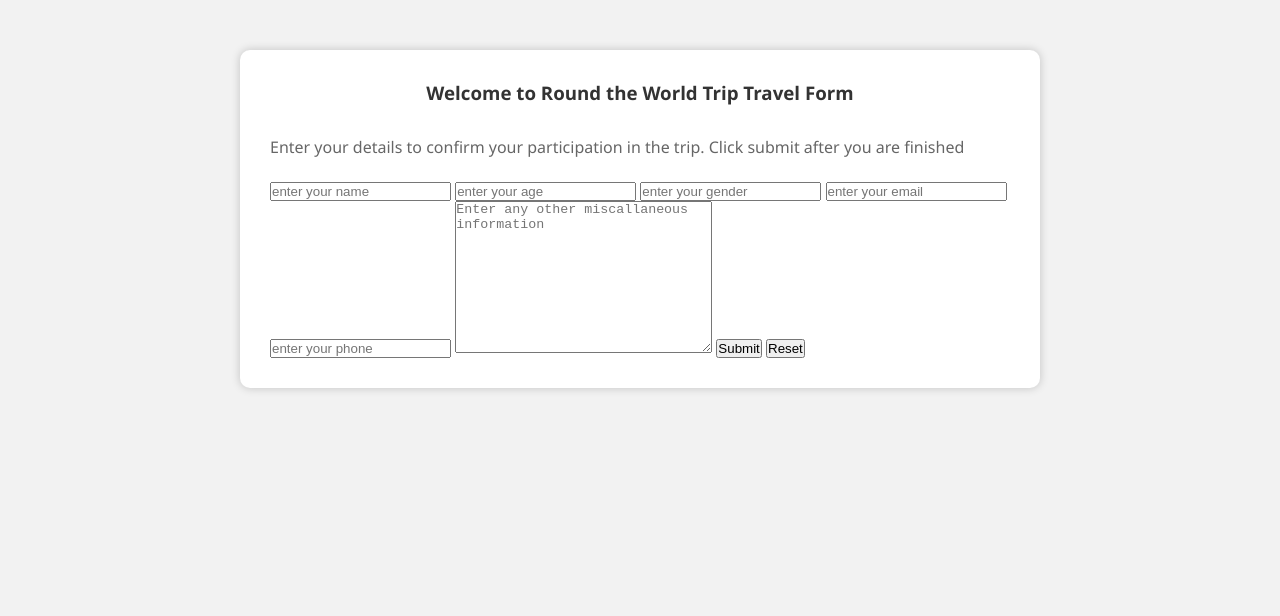
Repository: AvinashLikesToLearnNewStuff/TravelForm
Page: index.html
These files come from the project's save history. The page is drawn as it stood at one moment and after the next save; the edit follows.
The browser window is 1280 px wide. The pictures show the whole page.

Above is the page before, as saved 2023-03-18 16:51:03.
Console error: SyntaxError: Unexpected token '<'

### index.html
<!DOCTYPE html>
<html lang="en">
  <head>
    <meta charset="UTF-8" />
    <meta http-equiv="X-UA-Compatible" content="IE=edge" />
    <meta name="viewport" content="width=device-width, initial-scale=1.0" />
    <title>Travel to new places</title>
    <link rel="stylesheet" href="style.css" />
  </head>
  <body>
    <div class="container">
      <h3>Welcome to Round the World Trip Travel Form</h3>
      <p>
        Enter your details to confirm your participation in the trip. Click
        submit after you are finished
      </p>

      <form action="index.php" method="post">
        <input
          type="text"
          name="name"
          id="name"
          placeholder="enter your name"
        />

        <input type="text" name="age" id="age" placeholder="enter your age" />

        <input
          type="text"
          name="gender"
          id="gender"
          placeholder="enter your gender"
        />

        <input
          type="email"
          name="email"
          id="email"
          placeholder="enter your email"
        />

        <input
          type="phone"
          name="phone"
          id="phone"
          placeholder="enter your phone"
        />

        <textarea
          name="desc"
          id="desc"
          cols="30"
          rows="10"
          placeholder="Enter any other miscallaneous information"
        ></textarea>
        <button class="btn">Submit</button>
        <button type="reset">Reset</button>
      </form>
    </div>
    <script src="index.js"></script>
  </body>
</html>

### style.css
* {
    margin: 0;
    padding: 0;
    box-sizing: border-box;
}

body {
    font-family: 'Segoe UI', Tahoma, Geneva, Verdana, sans-serif;
    background-color: #f2f2f2;
}

.container {
    max-width: 800px;
    background-color: #fff;
    border-radius: 10px;
    box-shadow: 0 0 10px rgba(0, 0, 0, 0.2);
    margin: 50px auto;
    padding: 30px;
}

.container h3 {
    text-align: center;
    margin-bottom: 30px;
    color: #333;
}

.container p {
    margin-bottom: 20px;
    font-size: 16px;
    line-height: 1.5;
    color: #666;
}

.container a {
    display: block;
    text-align: center;
    padding: 10px 20px;
    background-color: #4caf50;
    color: #fff;
    border-radius: 5px;
    text-decoration: none;
    transition: background-color 0.3s ease-in-out;
}

.container a:hover {
    background-color: #3e8e41;
}

### index.js
<tab>i

After the next save:
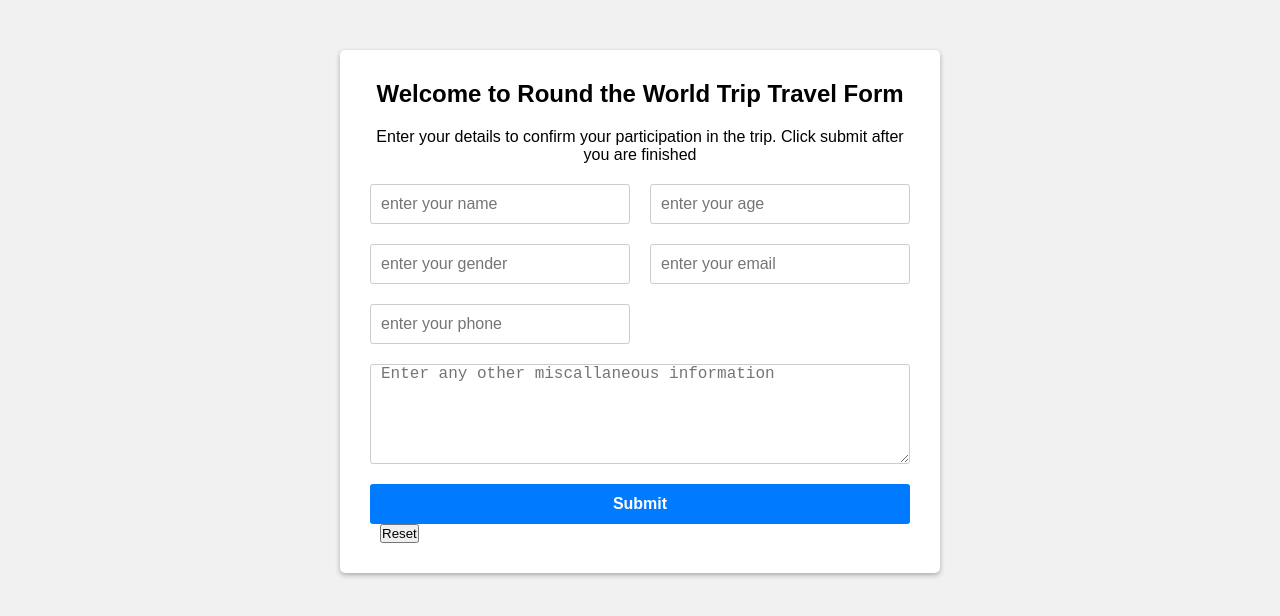
Saved 70 s later.
--- a/style.css
+++ b/style.css
@@ -5,43 +5,71 @@
 }
 
 body {
-    font-family: 'Segoe UI', Tahoma, Geneva, Verdana, sans-serif;
-    background-color: #f2f2f2;
+    background-color: #f1f1f1;
+    font-family: Arial, sans-serif;
 }
 
 .container {
-    max-width: 800px;
+    max-width: 600px;
+    margin: 50px auto;
     background-color: #fff;
-    border-radius: 10px;
-    box-shadow: 0 0 10px rgba(0, 0, 0, 0.2);
-    margin: 50px auto;
     padding: 30px;
+    border-radius: 5px;
+    box-shadow: 0px 2px 5px rgba(0, 0, 0, 0.3);
 }
 
 .container h3 {
     text-align: center;
-    margin-bottom: 30px;
-    color: #333;
+    margin-bottom: 20px;
+    font-size: 24px;
 }
 
 .container p {
+    font-size: 16px;
     margin-bottom: 20px;
-    font-size: 16px;
-    line-height: 1.5;
-    color: #666;
+    text-align: center;
 }
 
-.container a {
-    display: block;
-    text-align: center;
-    padding: 10px 20px;
-    background-color: #4caf50;
-    color: #fff;
-    border-radius: 5px;
-    text-decoration: none;
-    transition: background-color 0.3s ease-in-out;
+form {
+    display: flex;
+    flex-wrap: wrap;
+    justify-content: space-between;
+    align-items: center;
 }
 
-.container a:hover {
-    background-color: #3e8e41;
+form input,
+form textarea {
+    width: calc(50% - 10px);
+    height: 40px;
+    padding: 0 10px;
+    margin-bottom: 20px;
+    border: 1px solid #ccc;
+    border-radius: 3px;
+    font-size: 16px;
 }
+
+form textarea {
+    width: 100%;
+    height: 100px;
+}
+
+form button.btn {
+    width: 100%;
+    height: 40px;
+    border: none;
+    background-color: #007bff;
+    color: #fff;
+    font-size: 16px;
+    font-weight: bold;
+    border-radius: 3px;
+    cursor: pointer;
+    transition: background-color 0.2s ease;
+}
+
+form button.btn:hover {
+    background-color: #0062cc;
+}
+
+form button[type="reset"] {
+    margin-left: 10px;
+}
